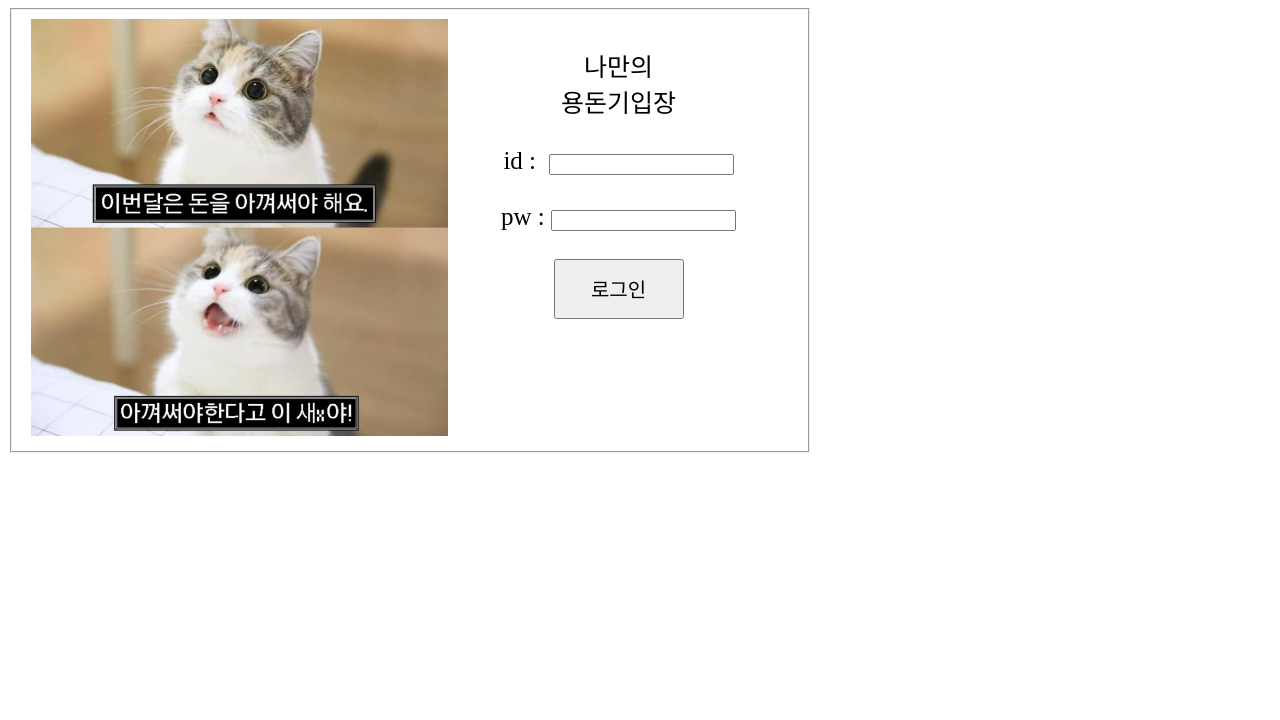
Repository: hus0124/M-IT
Page: JSP_Workspaces/pocketMoneyDiary/WebContent/index.html
These files come from the project's save history. The page is drawn as it stood at one moment and after the next save; the edit follows.
The browser window is 1280 px wide. The pictures show the whole page.

Above is the page before, as saved 2020-01-03 00:41:01.

### JSP_Workspaces/pocketMoneyDiary/WebContent/index.html
<!DOCTYPE html>
<html>
<head>
<meta charset="EUC-KR">
<title>완성</title>
<meta name="viewport" content="width=device-width, initial-scale=1">
<style>
body {font-size:25px}
@media (max-width:900px){
#title {font-size:20px }
input[type=text] {width:auto;}

}
</style>
</head>
<body>
	<fieldset style="width:60%; height:auto; text-align:center">
	<form action="result.jsp" method="get">

		<img src="catmoney.png" style="width:55%; height:auto; float:left">
		<br><div id="title">나만의<br>용돈기입장</div><br>
		id :&nbsp;&nbsp;<input type="text" name = "id"><br><br>
		pw : <input type="text" name = "pw"><br><br>
		<input type="submit" value = "로그인" style="width:130px;height:60px;font-size:20px;">

	</form>
	</fieldset>
</body>
</html>

After the next save:
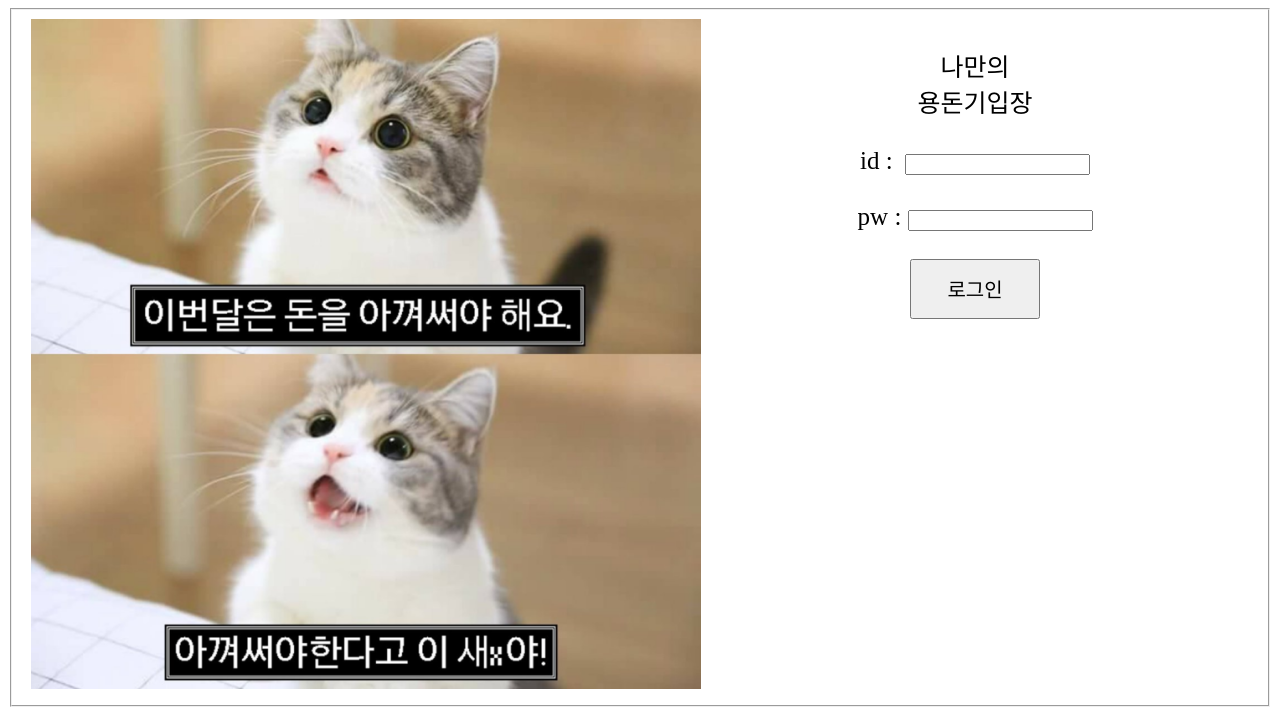
Saved 12 s later.
--- a/JSP_Workspaces/pocketMoneyDiary/WebContent/index.html
+++ b/JSP_Workspaces/pocketMoneyDiary/WebContent/index.html
@@ -14,7 +14,7 @@ input[type=text] {width:auto;}
 </style>
 </head>
 <body>
-	<fieldset style="width:60%; height:auto; text-align:center">
+	<fieldset style="width:auto; height:auto; text-align:center">
 	<form action="result.jsp" method="get">
 
 		<img src="catmoney.png" style="width:55%; height:auto; float:left">
